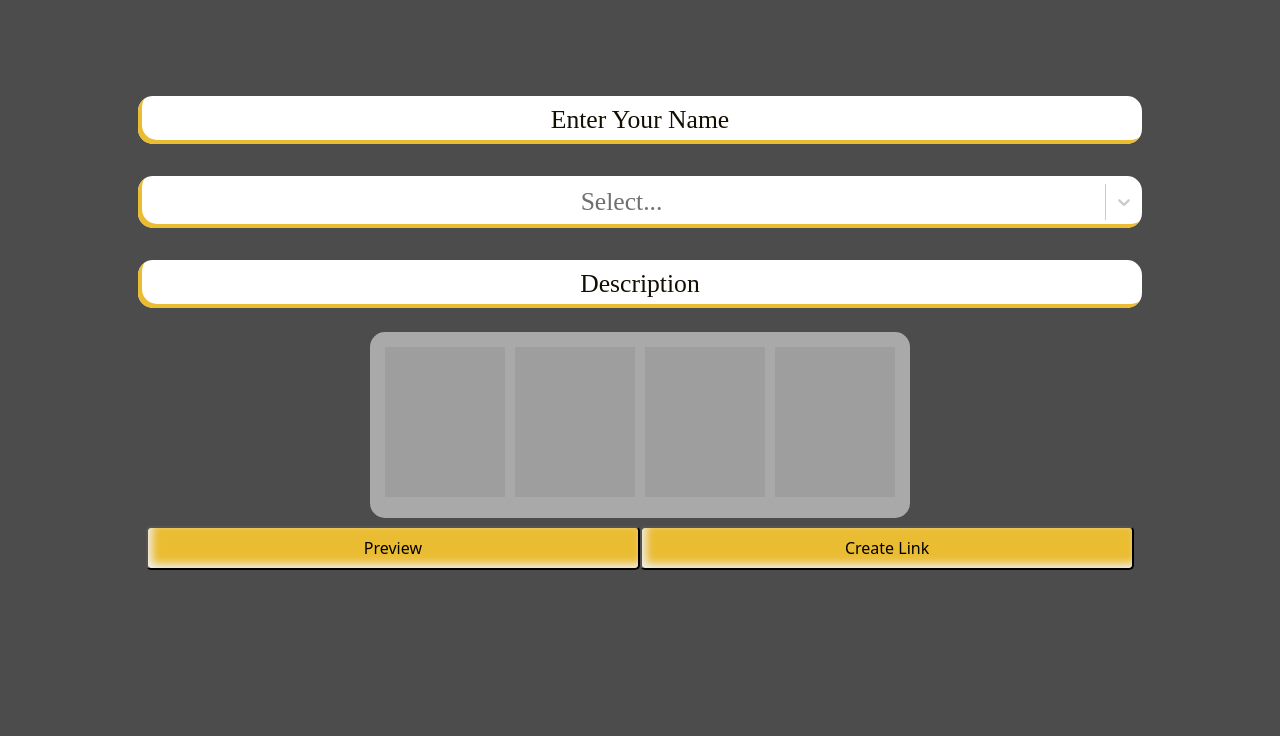
Repository: Haneef-Shaik/Greetings
Page: /
An editor plug-in stored every save of this project. The page is shown before and after the next save, followed by the edit.
The browser window is 1280 px wide. The pictures show the whole page.
Pictures or frames that could not be fetched are drawn as grey boxes. The project was rebuilt for these pictures with package versions that can differ from the ones it lists, and the page was loaded fresh each time. The framework's server and built-in components were replaced by stand-ins that run in the browser. Also part of the build but not shown: next.config.js, styles/card.module.scss, components/card.js, styles/socialShare.module.scss, components/socialShare.js.

Above is the page before, as saved 2021-12-03 13:53:03.

### pages/_app.js
import '../styles/globals.css'
import 'bootstrap/dist/css/bootstrap.css'


function MyApp({ Component, pageProps }) {
  return <Component {...pageProps} />
}

export default MyApp

### pages/index.js
import Card from "../components/card.js";
import {useRouter} from 'next/router';
import Ss from "../components/socialShare"
import InpFrm from "../components/form"

export default function Home() {
  const {query} = useRouter();
  const myurls='https://gratefulprayerthankfulheart.com/wp-content/uploads/2014/12/aquawhitechristmastreegreeting.jpg';

  if(query.length > 0)
  {

    if(query.greeting)
    {
      return (
        <>
          <Card event={query.event} image={query.bgImg} name={query.name} greeting={query.greeting}  />
        </>
          )
    }
    else
    {
      return (
        <>
          <Card event={query.event} image={query.bgImg} name={query.name}  />
        </>
          )
    }

  }
  else
  {
    return (
        <>
          <InpFrm />
        </>
        )
  }
    // return (
    //   <>
        {/* <Card event='Event' image={myurls} name='Name' color='red' greeting="Lorem Ipsum is simply dummy text of the printing and typesetting industry. Lorem Ipsum has been thing software like Aldus PageMaker including versions of Lorem Ipsum."  /> */}
        {/* <Ss mylink="localhost:3000/name=haneef&event=christmas" /> */}
    {/*     <Ss mylink="localhost:3000/name=haneef&event=christmasW&sddsajnodsoduaibdadbksa" /> */}
    //   </>
    //     )

}

### components/form.js
/* eslint-disable no-undef */
import React, {useState,useRef} from 'react'

import 'bootstrap/dist/css/bootstrap.min.css';
import styles from '../styles/form.module.scss';
import IMAGE from 'next/image';
import SELECT from 'react-select';





function Edit() {

    const customStyles = {
            control: (provided,state) => ({
            ...provided,
            margin:'0',
            padding:'0',
            textAlign:'center',
            fontFamily: 'Times New Roman',
            fontSize:'1.6rem',
            border:'none',
            backgroundColor:'#fff',
            borderRadius:'15px',
            boxShadow:'inset 4px -4px 0px #EABC32 ',
            lineHeight:'2.5rem',
            marginTop:'2rem'
        }),

        '#react-select-26-input':(provided, state)=>({
            ...provided,
            borderRadius:'50px',
            boxShadow:'none'
        }),

        placeholder: (provided, state) => ({
            ...provided,
            color:'#707070',
            boxShadow:'none'
        })

    }

    const [myFrame,SetMyFrame]=useState('none');
    const [UserName,setName]=useState('');
    const [festival,setFestival]=useState('christmas');
    const [IMG1,setImg]=useState('christmas.png');

    const Festivals=[

        {label: 'Christmas',value: 'christmas'},
        {label: 'New Year',value: 'newYear'}

    ];

    const handleChange = (e) => {
        setFestival({festival: e.target.value});
        console.log(festival) ;
    }
    return (
        <div className="container-fluid p-2 "  style={{backgroundColor:'#4C4C4C'} }>
            <div className="container">
                <div className="row">
                    <div className="col-12">
                        <div className={styles.formContainer} >
                            <form className="formStyle p-0">
                                <input type="text" placeholder="Enter Your Name" className={styles.myInp} required />

                                <SELECT className="col-12" classNamePrefix="festival" styles={customStyles}  options={Festivals}  onChange={()=> handleChange()}/>

                                <input type="text" placeholder="Description" className={styles.myInp} optional />

                                <div className="d-flex justify-content-around align-items-center flex-wrap mt-4" style={{backgroundColor:'darkgrey',borderRadius:'15px',padding:'10px'}}>
                                    {/* <label htmlFor="img1">
                                        <IMAGE src='/images/christmas/christmas.png' width={200} height={100} />
                                    </label>
                                    <label htmlFor="img2">
                                        <IMAGE src='/images/christmas/christmas.png' width={200} height={100} />
                                    </label>
                                    <label htmlFor="img3">
                                        <IMAGE src='/images/christmas/christmas.png' width={200} height={100} />
                                    </label>
                                    <label htmlFor="img4">
                                        <IMAGE src='/images/christmas/christmas.png' width={200} height={100} />
                                    </label>
                                    <input type="radio" name="BgImage" className="bgImg" id="img1" hidden="true" />
                                    <input type="radio" name="BgImage" className="bgImg" id="img2" hidden="true" />
                                    <input type="radio" name="BgImage" className="bgImg" id="img3" hidden="true" />
                                    <input type="radio" name="BgImage" className="bgImg" id="img4" hidden="true" /> */}

                                <button onClick={()=>{setImg('christmas.png');console.log(IMG1)}} className="btn p-1 " checked>
                                    <div  onClick={(event)=>event.target.style.border = '5px solid blue'} className="MyImgCon">
                                        <IMAGE src='/images/christmas/christmas.webp' width="120" height="150" loading='eager' priority/>
                                    </div>
                                </button>

                                <button onClick={()=>setImg('christmas1.png')} className="btn p-1">
                                    <div onClick={(event)=>{frame;event.target.style.border = '5px solid blue';}}>

                                    <IMAGE src='/images//christmas1.webp' width="120" height="150" loading='eager' priority/>
                                    </div>
                                </button>

                                <button onClick={()=>setImg('christmas2.png')} className="btn p-1">
                                    <IMAGE src={`/images/${festival}/christmas2.webp`} width="120" height="150" loading='eager' priority/>
                                </button>

                                <button onClick={()=>setImg('christmas2.png')} className="btn p-1">
                                    <IMAGE src='/images/christmas/christmas2.webp' width="120" height="150" loading='eager' priority/>
                                </button>

                                </div>

                                <div className="footerBanner p-2 m-0 d-flex justify-content-around" style={{width: '100%'}}>
                                    <button className="px-4 py-2" style={{backgroundColor:'#EABC32',boxShadow:'inset 4px -4px 8px #f0f0f0',width:'100%',borderRadius:'5px',color:'#000' }} > Preview</button>
                                    <button className="px-4 py-2" style={{backgroundColor:'#EABC32',boxShadow:'inset 4px -4px 8px #f0f0f0',width:'100%',borderRadius:'5px',color:'#000' }} > Create Link </button>
                                </div>
                            </form>
                        </div>
                    </div>
                </div>
            </div>
        </div>

    )
}

class InvitationCard extends React.Component{
    render(){
        return (

                <div className="body p-2" style={{backgroundColor: this.props.c,backgroundImage:`url(${this.props.im})`,backgroundSize:350,backgroundRepeat:'no-repeat'}} >
                    <h1 id="heading" style={{color: this.props.heading}}>{this.props.name}</h1>
                    <p style={{marginTop: "50px",color: this.props.content}}>{this.props.message}</p>
                    <p style={{color: this.props.content}} id="toWhom">{this.props.to}</p>
                </div>
        )
    }

}

export default Edit;

### styles/form.module.scss
.formContainer{
    padding:5%;
    min-height:100vh;
    background-color:#4C4C4C;
    // background: linear-gradient(#920000,#800000,#6D0000,#490000);
    .myInp {
        margin-top:2rem;
        text-align:center;
        font-family: 'Times New Roman', Times, serif;
        font-size:1.6rem;
        border:none;

        background-color:#fff;
        border-radius:15px;
        box-shadow: inset 4px -4px 0px #EABC32  ;
        line-height:3rem;
        width:100%;
        &::placeholder{
            color:#120E02;
        }
    }
    form{
        display: flex;
        align-items:center;
        justify-content: space-evenly;
        flex-direction: column;
        flex-wrap: wrap;

    }
    .bgImg:active{
        border: 5px solid white;
    }
}
.footerBanner{
    width:100vw;
}

Loaded but not shown: styles/globals.css (common file)

After the next save:
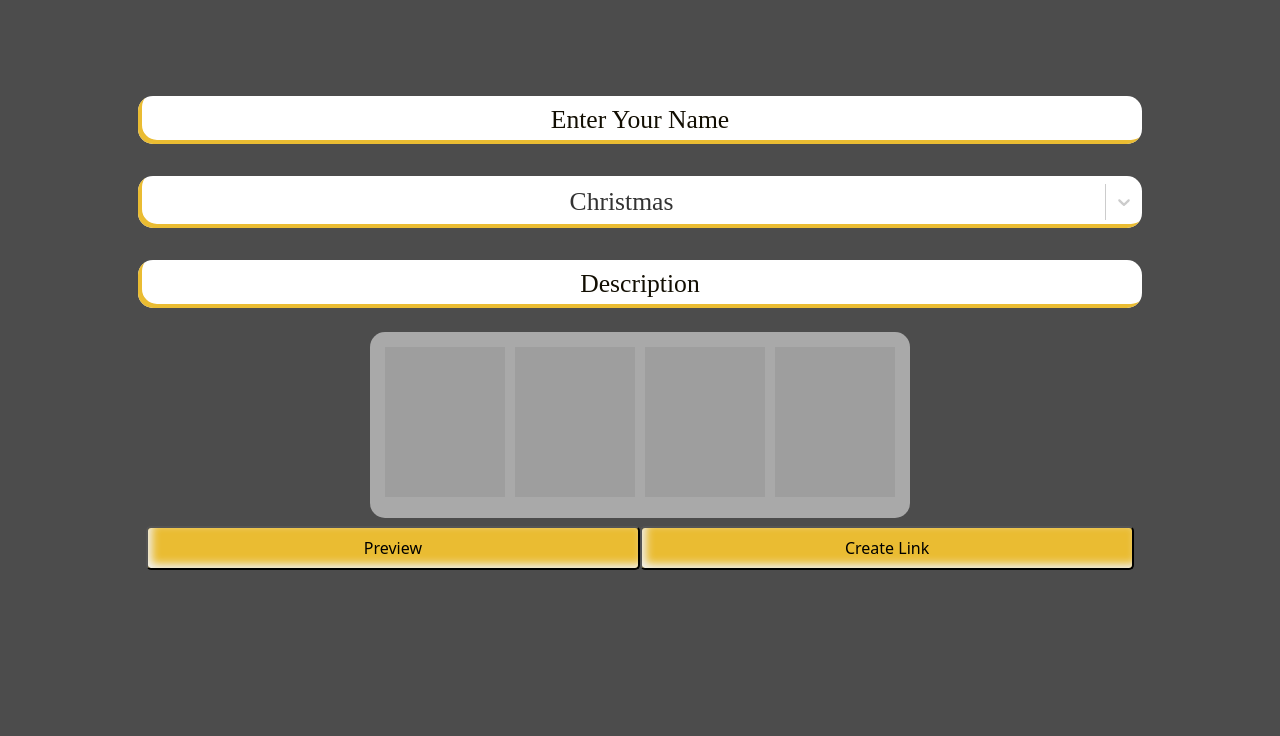
Saved 2 min 27 s later.
--- a/components/form.js
+++ b/components/form.js
@@ -67,7 +67,7 @@
                             <form className="formStyle p-0">
                                 <input type="text" placeholder="Enter Your Name" className={styles.myInp} required />
 
-                                <SELECT className="col-12" classNamePrefix="festival" styles={customStyles}  options={Festivals}  onChange={()=> handleChange()}/>
+                                <SELECT className="col-12" classNamePrefix="festival" styles={customStyles}  options={Festivals} value={Festivals} onChange={()=> handleChange()}/>
 
                                 <input type="text" placeholder="Description" className={styles.myInp} optional />
 

After the save that followed:
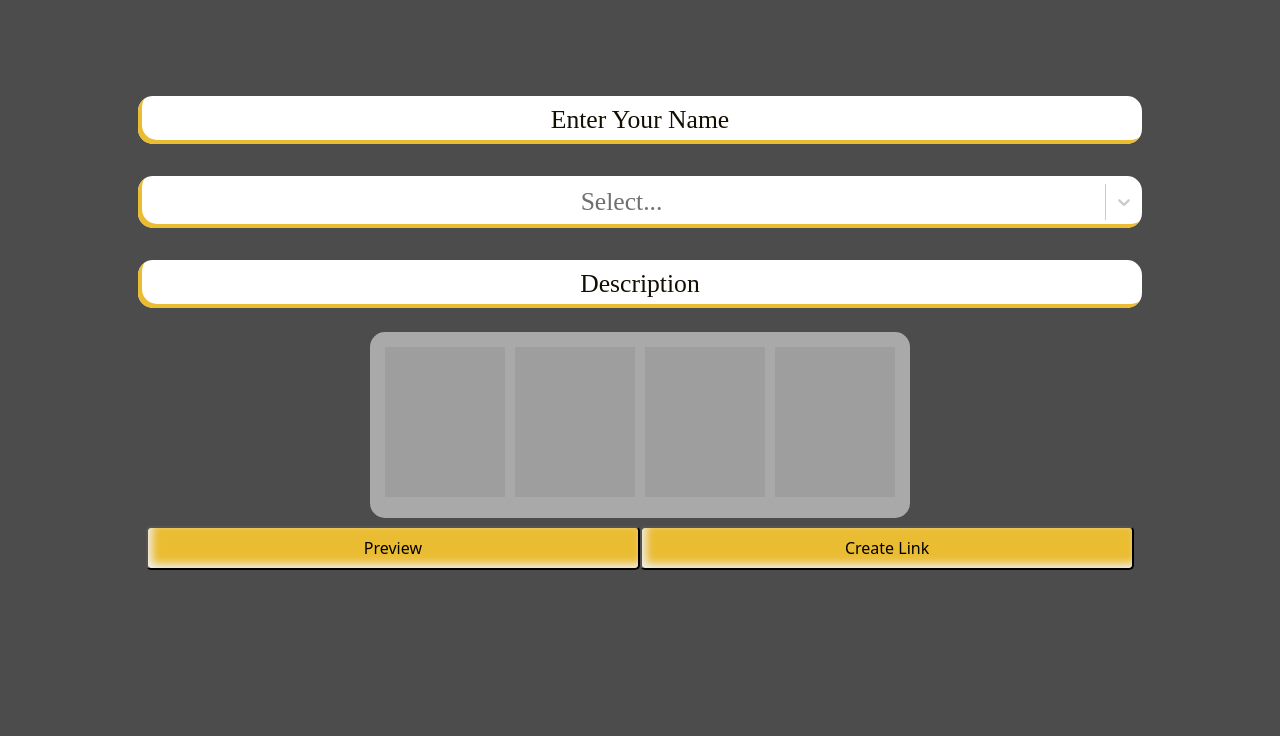
Saved 71 s later.
--- a/components/form.js
+++ b/components/form.js
@@ -67,7 +67,7 @@
                             <form className="formStyle p-0">
                                 <input type="text" placeholder="Enter Your Name" className={styles.myInp} required />
 
-                                <SELECT className="col-12" classNamePrefix="festival" styles={customStyles}  options={Festivals} value={Festivals} onChange={()=> handleChange()}/>
+                                <SELECT className="col-12" classNamePrefix="festival" styles={customStyles}  options={Festivals.label} value={Festivals.value} onChange={()=> handleChange()}/>
 
                                 <input type="text" placeholder="Description" className={styles.myInp} optional />
 
